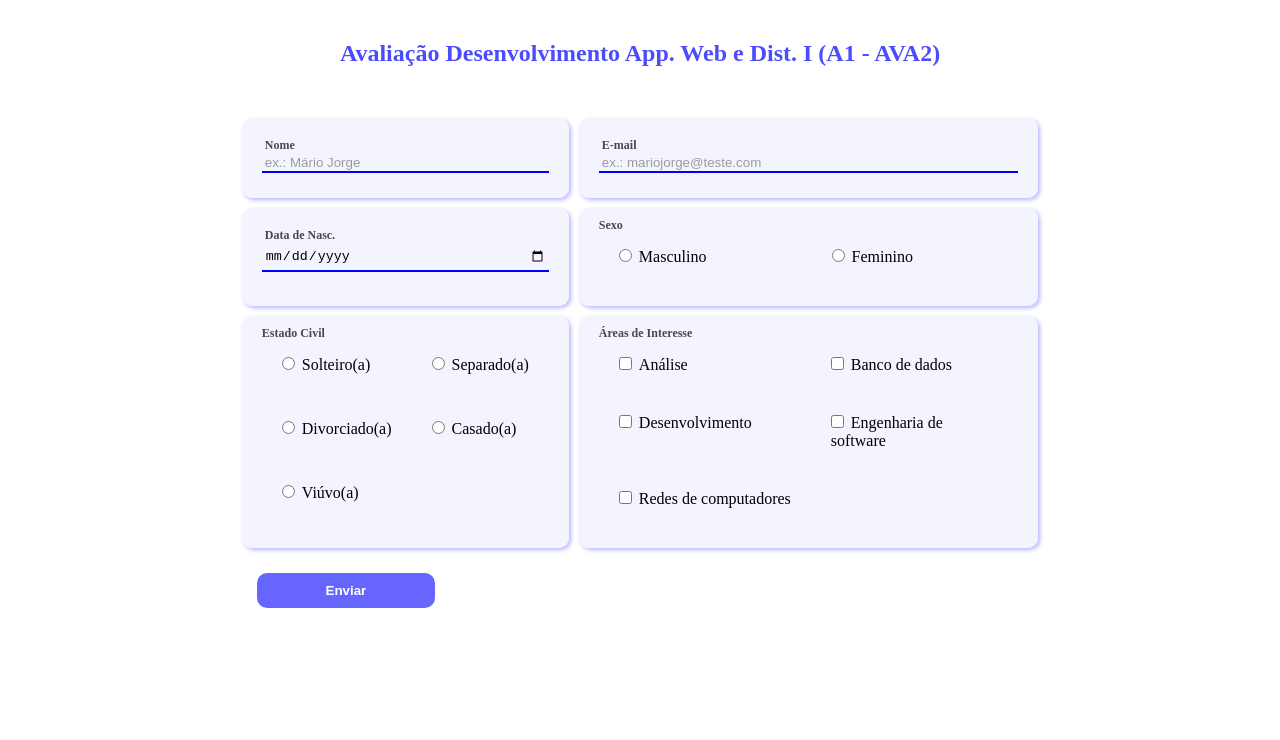
Repository: mjRibeiroTriscal/UVA_Projects
Page: Proj_A1_AVA2_2020_1/index.html
These files come from the project's save history. The page is drawn as it stood at one moment and after the next save; the edit follows.
The browser window is 1280 px wide. The pictures show the whole page.

Above is the page before, as saved 2020-03-13 14:58:50.

### Proj_A1_AVA2_2020_1/index.html
<!--
*   @project     A1_AVA2_UVA_2020_1
*   @author      Mário Jorge (mariojgmaster@yahoo.com.br)
*   @Git         MJRibeiroTriscal (https://github.com/mjRibeiroTriscal)
-->

<html>

<head>
    <meta charset="UTF-8">
    <title>Tell Me About You</title>
    <!-- <link rel="icon" href="./favicon.png" sizes="16x16 32x32" type="image/png"> -->
    <script src="./script.js"></script>
    <link rel="stylesheet" href="./style.css" />
</head>

<body>
    <div id="container">

        <header style="position:absolute;top:40px">

            <h2>Avaliação Desenvolvimento App. Web e Dist. I (A1 - AVA2)</h2>

        </header>

        <section>

            <form class="gridContainer" name="formUva" action="http://google.co">

                <div class="gridItem blockContainer">
                    <label for="nome" class="labelFirst">Nome</label>
                    <input id="nome" type="text" name="nome" placeholder="ex.: Mário Jorge" />
                </div>
                <div class="gridItem blockContainer">
                    <label for="email" class="labelFirst">E-mail</label>
                    <input id="email" type="text" name="email" placeholder="ex.: mariojorge@teste.com" />
                </div>

                <div class="gridItem blockContainer">
                    <label for="dataNasc" class="labelFirst">Data de Nasc.</label>
                    <input id="dataNasc" type="date" name="dataNasc" />
                </div>

                <div class="gridItem gridContainer blockContainer">
                    <h3 style="position:absolute;margin-top:-10px;">Sexo</h3>
                    <div class="gridItem">
                        <input id="masc" type="radio" name="sexo" />
                        <label for="masc">Masculino</label>
                    </div>
                    <div class="gridItem">
                        <input id="fem" type="radio" name="sexo" />
                        <label for="fem">Feminino</label>
                    </div>
                </div>

                <div class="gridItem gridContainer blockContainer">
                    <h3 style="position:absolute;margin-top:-10px;">Estado Civil</h3>
                    <div class="gridItem">
                        <input id="solteiro" type="radio" name="estCivil" />
                        <label for="solteiro">Solteiro(a)</label>
                    </div>
                    <div class="gridItem">
                        <input id="separado" type="radio" name="estCivil" />
                        <label for="separado">Separado(a)</label>
                    </div>
                    <div class="gridItem">
                        <input id="divorciado" type="radio" name="estCivil" />
                        <label for="divorciado">Divorciado(a)</label>
                    </div>
                    <div class="gridItem">
                        <input id="casado" type="radio" name="estCivil" />
                        <label for="casado">Casado(a)</label>
                    </div>
                    <div class="gridItem">
                        <input id="viuvo" type="radio" name="estCivil" />
                        <label for="viuvo">Viúvo(a)</label>
                    </div>
                </div>

                <div class="gridItem gridContainer blockContainer">
                    <h3 style="position:absolute;margin-top:-10px;">Áreas de Interesse</h3>
                    <div class="gridItem">
                        <input id="analise" type="checkbox" name="analise" />
                        <label for="analise">Análise</label>
                    </div>
                    <div class="gridItem">
                        <input id="bancoDados" type="checkbox" name="bancoDados" />
                        <label for="bancoDados">Banco de dados</label>
                    </div>
                    <div class="gridItem">
                        <input id="desenvolvimento" type="checkbox" name="desenvolvimento" />
                        <label for="desenvolvimento">Desenvolvimento</label>
                    </div>
                    <div class="gridItem">
                        <input id="engenhariaSoftware" type="checkbox" name="engenhariaSoftware" />
                        <label for="engenhariaSoftware">Engenharia de software</label>
                    </div>
                    <div class="gridItem">
                        <input id="redesComputadores" type="checkbox" name="redesComputadores" />
                        <label for="redesComputadores">Redes de computadores</label>
                    </div>
                </div>

                <div class="gridItem itemFlex">
                    <input type="submit" value="Enviar">
                </div>

            </form>

        </section>

        <footer>

        </footer>

</body>

</html>

### Proj_A1_AVA2_2020_1/script.js
/*
 *   @project     A1_AVA2_UVA_2020_1
 *   @author      Mário Jorge (mariojgmaster@yahoo.com.br)
 *   @Git         MJRibeiroTriscal (https://github.com/mjRibeiroTriscal)
 */

### Proj_A1_AVA2_2020_1/style.css
/*
 *   @project     A1_AVA2_UVA_2020_1
 *   @author      Mário Jorge (mariojgmaster@yahoo.com.br)
 *   @Git         MJRibeiroTriscal (https://github.com/mjRibeiroTriscal)
 */

* {
    margin: 0px;
    padding: 0px;
}

html,
body {
    width: 100%;
    height: 100%;
}

#container {
    padding: 10px;
    display: flex;
    align-items: center;
    justify-content: center;
    height: 100%;
}

header h2 {
    color: rgba(0, 0, 255, 0.7)
}

section {
    width: 80%;
    display: flex;
    align-items: center;
    justify-content: center;
}

section form.gridContainer {
    width: 80%;
}

label.labelFirst,
h3 {
    font-size: 12px;
    font-weight: 700;
    opacity: 0.7;
}

label {
    margin-left: 3px;
}

input {
    border: none;
    outline: none;
    box-shadow: 0;
}

input[type=text],
input[type=date] {
    width: 100%;
    height: 50%;
    padding: 5px 3px 3px 3px;
    border-bottom: 2px solid Blue;
    background: none;
}

input[type=text]::placeholder,
input[type=date]::placeholder {
    opacity: 0.7;
}

input[type=submit] {
    width: 60%;
    height: 100%;
    padding: 10px;
    color: #FFF;
    font-weight: bold;
    background-color: rgba(0, 0, 255, 0.6);
    border-radius: 10px;
}

input[type=submit]:active {
    background-color: rgba(0, 0, 255, 0.8);
}

.gridContainer {
    display: grid;
    /* border: 1px solid red; */
    grid-template-columns: auto auto;
}

.gridItem {
    padding: 20px;
}

.blockContainer {
    margin: 5px;
    border-radius: 10px;
    background-color: rgba(240, 240, 255, 0.7);
    box-shadow: 2px 2px 4px rgba(0, 0, 255, 0.1), 2px 2px 4px rgba(0, 0, 255, 0.2);
}

After the next save:
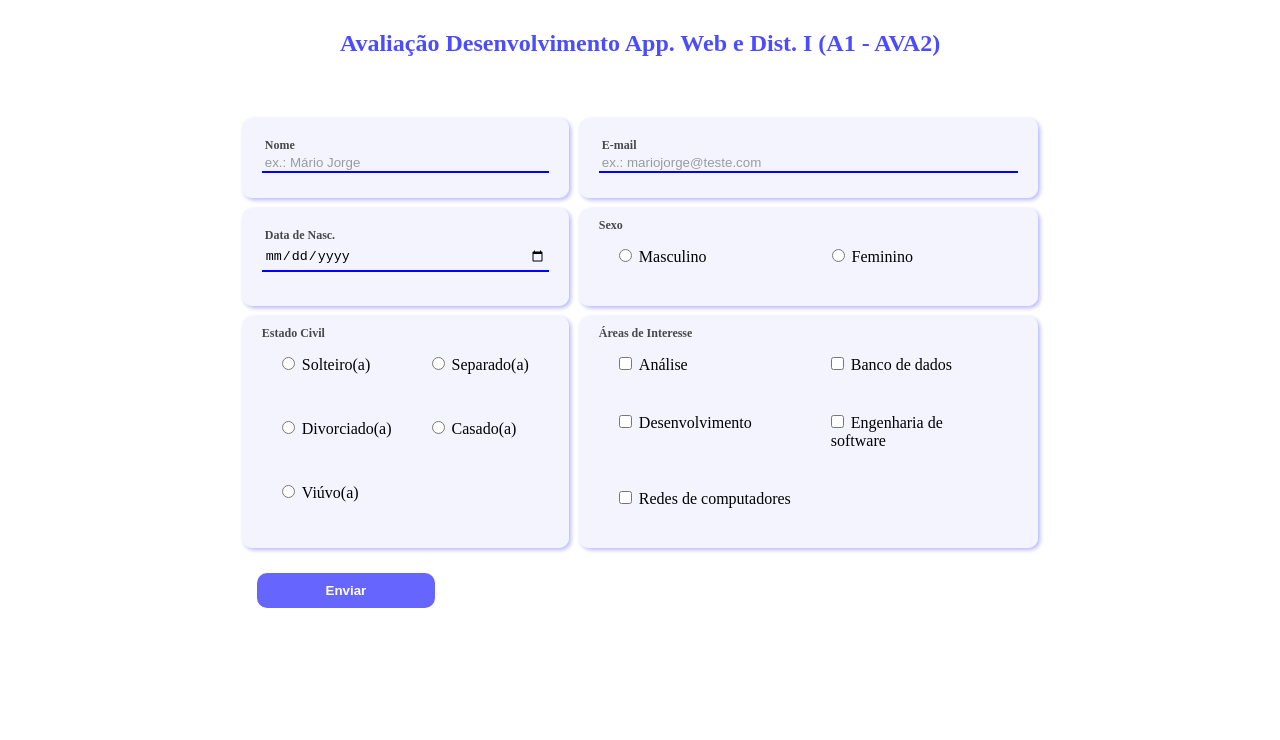
Saved 21 s later.
--- a/Proj_A1_AVA2_2020_1/index.html
+++ b/Proj_A1_AVA2_2020_1/index.html
@@ -17,7 +17,7 @@
 <body>
     <div id="container">
 
-        <header style="position:absolute;top:40px">
+        <header style="position:absolute;top:30px">
 
             <h2>Avaliação Desenvolvimento App. Web e Dist. I (A1 - AVA2)</h2>
 
